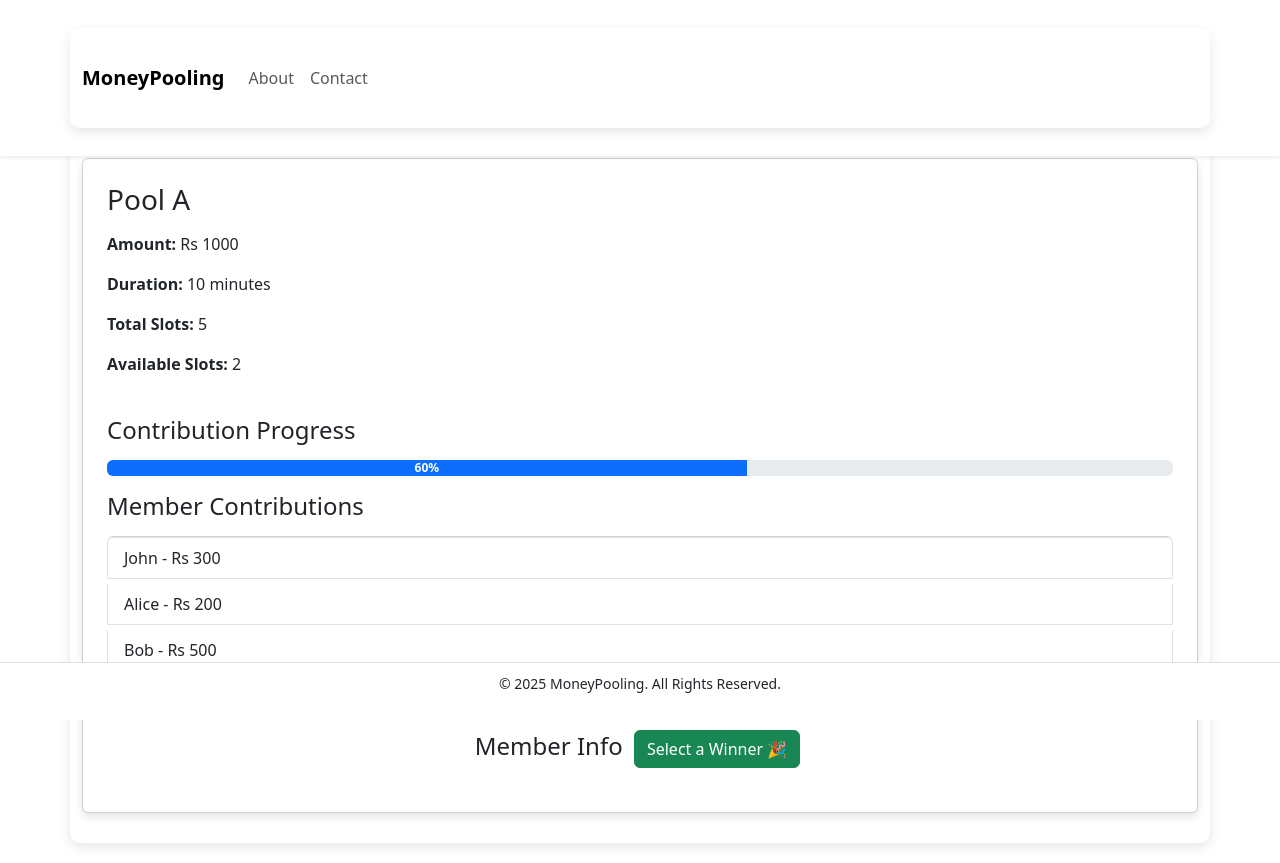
Repository: xxgautm420/MoneyPool
Page: templates/progress.html
These files come from the project's save history. The page is drawn as it stood at one moment and after the next save; the edit follows.
The browser window is 1280 px wide. The pictures show the whole page.
The page is served by the project's application, run on Flask 3 (user.py). The template is opened directly, without the code that normally fills it, so the values that code supplies are empty.

Above is the page before, as saved 2025-03-01 16:50:49.

After the next save:
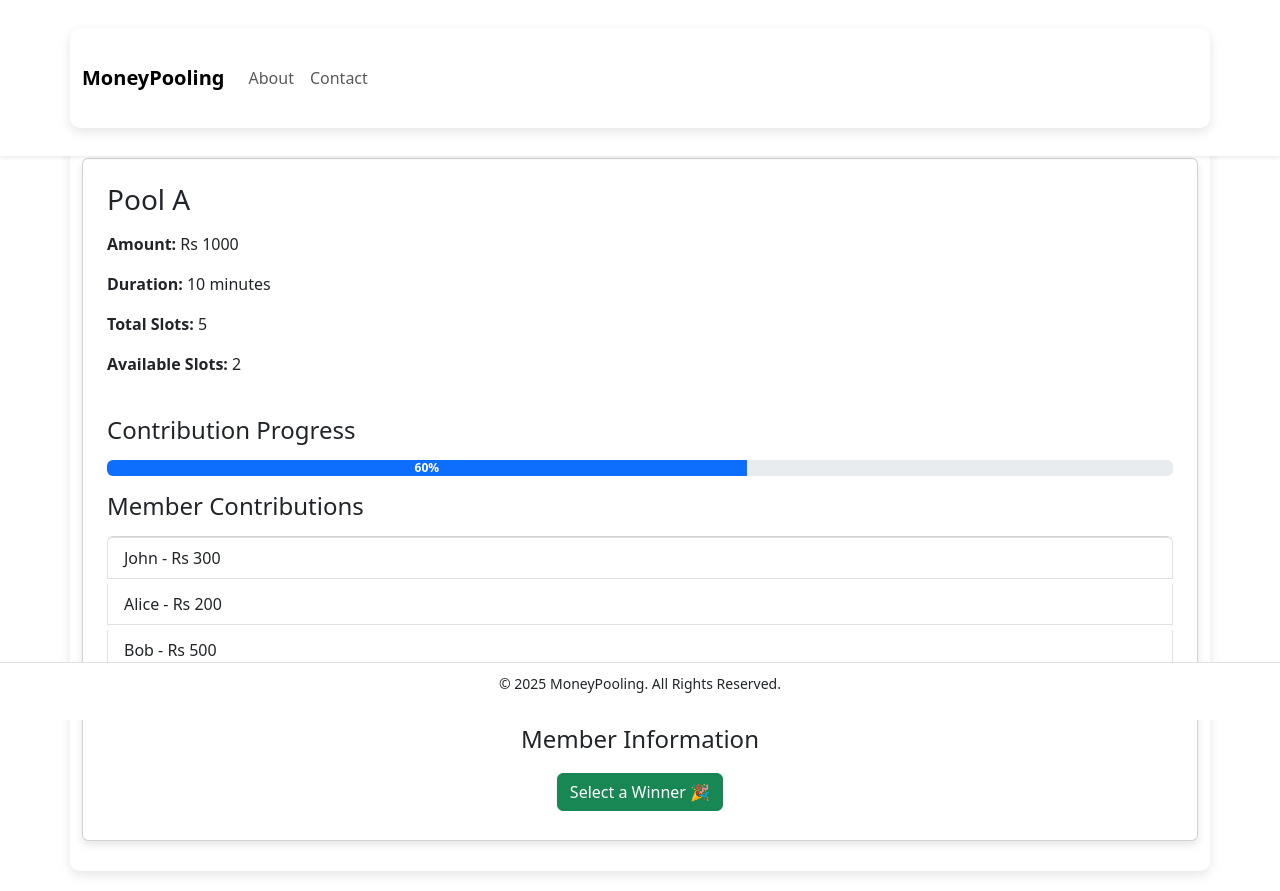
Saved 4 s later.
--- a/templates/progress.html
+++ b/templates/progress.html
@@ -57,7 +57,7 @@
 
         <!-- Random Member Selection -->
         <div class="text-center mt-5">
-            <h4>Member Info
+            <h4>Member Information</h4>
             <button class="btn btn-success" onclick="startSelection()">Select a Winner 🎉</button>
 
         </div>
